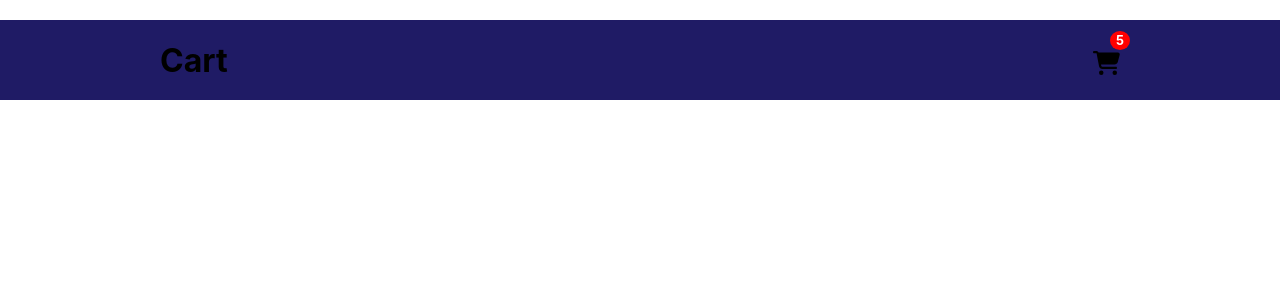
Repository: sriram1224/Cart-react-app
Page: /
An editor plug-in stored every save of this project. The page is shown before and after the next save, followed by the edit.
The browser window is 1280 px wide. The pictures show the whole page.
The project was rebuilt for these pictures with package versions that can differ from the ones it lists, and the page was loaded fresh each time.

Above is the page before, as saved 2024-03-12 13:50:16.

### src/App.js
import Nav from "./Components/Nav.js"
import './App.css';

function App() {
  return (
    <div className="App">
      <Nav />
    </div>
  );
}

export default App;

### src/Components/Nav.js
import { FontAwesomeIcon } from '@fortawesome/react-fontawesome';
import { faShoppingCart } from '@fortawesome/free-solid-svg-icons';
import './Navbar.css';
const cartCount = 5;
function Navbar() {
  return (
      <div className="nav-container">
      <div className="cart">
          <div className="heading">
              <h1>
              Cart
              </h1>
          </div>
      <h1>
        <div className="cart-icon-container">
          <FontAwesomeIcon icon={faShoppingCart} className="cart-icon" />
          {cartCount > 0 && (
            <span className="cart-count">{cartCount}</span>
          )}
        </div>

      </h1>
    </div>
      </div>
  );
}

export default Navbar;

### src/Components/Navbar.css
.cart-icon-container {
    position: relative;
    display: inline-block;
}

.cart-icon {
    font-size: 1.5rem;
    /* Adjust the size as needed */
}

.cart-count {
    position: absolute;
    top: -10px;
    /* Adjust the vertical positioning */
    right: -10px;
    /* Adjust the horizontal positioning */
    background-color: red;
    color: white;
    border-radius: 50%;
    padding: 2px 6px;
    font-size: 0.8rem;
    /* Adjust the font size as needed */
}

.cart{
    display: flex;
    justify-content: space-between;
    margin: 20px 10rem;
    align-items: center;

}

.heading{
text-align: center;
}

.nav-container{
    width: 100%;
    height: 5rem;
    background-color:rgb(31, 27, 101)
}

Loaded but not shown: public/index.html (common file); src/index.js (common file); src/index.css (common file); src/reportWebVitals.js (common file); src/App.css (common file)

After the next save:
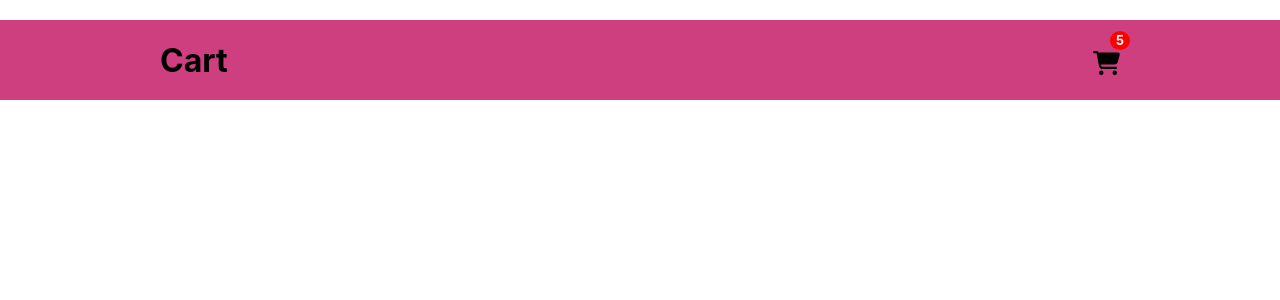
Saved 15 s later.
--- a/src/Components/Navbar.css
+++ b/src/Components/Navbar.css
@@ -37,5 +37,5 @@ text-align: center;
 .nav-container{
     width: 100%;
     height: 5rem;
-    background-color:rgb(31, 27, 101)
+    background-color:rgb(206, 63, 127)
 }
